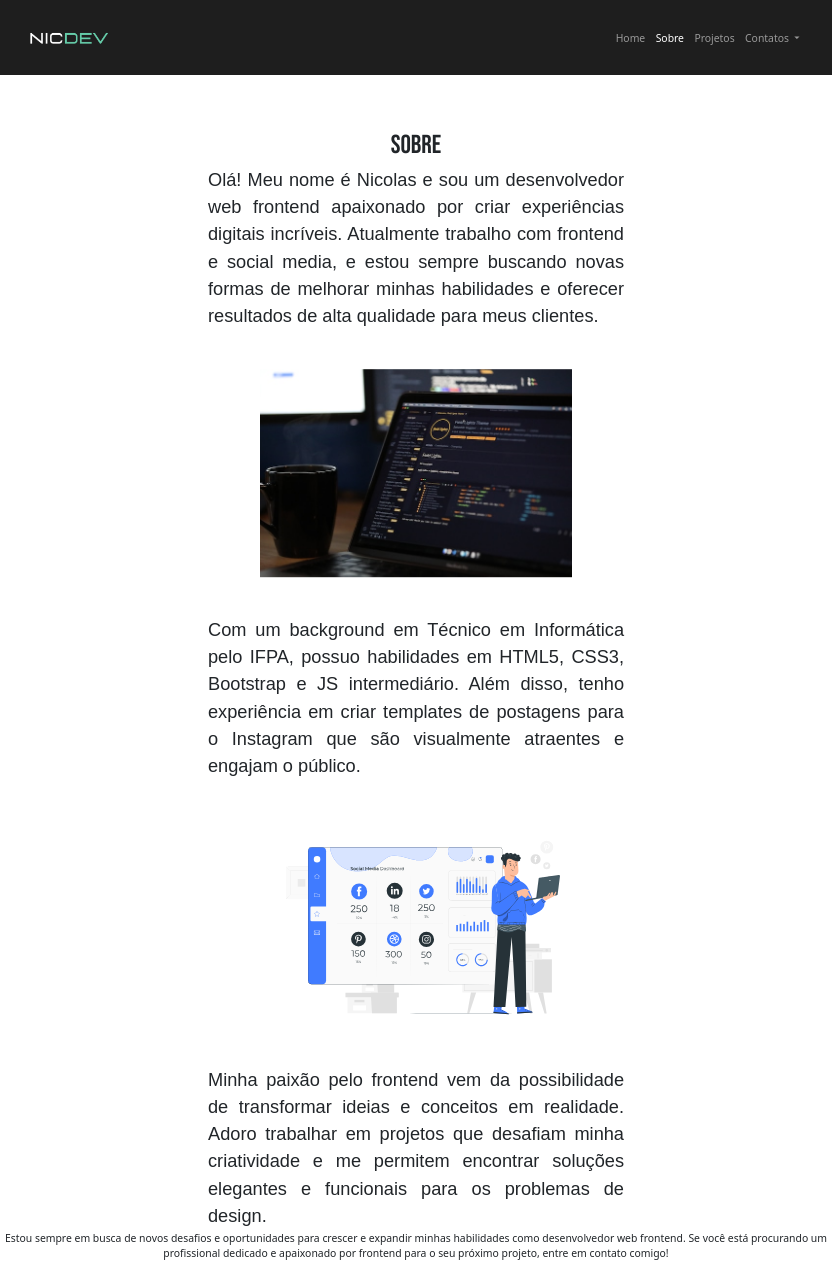
Repository: Leonngc/nicdev
Page: about.html
An editor plug-in stored every save of this project. The page is shown before and after the next save, followed by the edit.
The browser window is 1280 px wide. The pictures show the whole page, at 65% of full size.
Some web libraries are served in a nearby version.

Above is the page before, as saved 2023-04-15 17:47:02.

### about.html
<html lang="pt-br">
<head>
    <meta charset="UTF-8">
    <meta http-equiv="X-UA-Compatible" content="IE=edge">
    <meta name="viewport" content="width=device-width, initial-scale=1.0">
    <title>nicdev - Sobre</title>
    <link href="https://cdn.jsdelivr.net/npm/bootstrap@5.0.2/dist/css/bootstrap.min.css" rel="stylesheet" integrity="sha384-EVSTQN3/azprG1Anm3QDgpJLIm9Nao0Yz1ztcQTwFspd3yD65VohhpuuCOmLASjC" crossorigin="anonymous">
    <link rel="stylesheet" href="styles/scrollbar.css">
    <link rel="stylesheet" href="styles/about.css">
</head>
<body>

<header style="background-color: #1e1e1e; padding: 30px;" class="fixed-top">

        <nav class="navbar navbar-expand-lg navbar-dark">
            <div class="container-fluid">
              <a class="navbar-brand" href="index.html"><img src="images/nicdev-logo.png" alt="logo da NicDev" style="width: 130px"></a>
              <button class="navbar-toggler" type="button" data-bs-toggle="collapse" data-bs-target="#navbarNavDropdown" aria-controls="navbarNavDropdown" aria-expanded="false" aria-label="Toggle navigation">
                <span class="navbar-toggler-icon"></span>
              </button>
              <div class="collapse navbar-collapse justify-content-end" id="navbarNavDropdown">
                <ul class="navbar-nav ">
                  <li class="nav-item">
                    <a class="nav-link" href="index.html" target="_parent">Home</a>
                  </li>
                  <li class="nav-item">
                    <a class="nav-link active disabled" href="#">Sobre</a>
                  </li>
                  <li class="nav-item">
                    <a class="nav-link" href="projects.html" target="_parent">Projetos</a>
                  </li>

                  <li class="nav-item dropdown">
                    <a class="nav-link dropdown-toggle" href="#" id="navbarDropdownMenuLink" role="button" data-bs-toggle="dropdown" aria-expanded="false">
                      Contatos
                    </a>
                    <ul class="dropdown-menu" aria-labelledby="navbarDropdownMenuLink">
                      <li><a class="dropdown-item" href="#">WhatsApp <img src="images/whatsapp.png" alt="" class="redes-logo"></a></li>
                      <li><a class="dropdown-item" href="#">Email <img src="images/gmail (1).png" alt="" class="redes-logo"></a></li>
                      <li><a class="dropdown-item" href="#">Linkedin <img src="images/linkedin.png" alt="" class="redes-logo"></a></li>
                    </ul>
                  </li>
                </ul>
              </div>
            </div>
          </nav>
</header>


<main>

<h2>Sobre</h2>
<p>Olá! Meu nome é Nicolas e sou um desenvolvedor web frontend apaixonado por criar experiências digitais incríveis. Atualmente trabalho com frontend e social media, e estou sempre buscando novas formas de melhorar minhas habilidades e oferecer resultados de alta qualidade para meus clientes.</p>
<img src="images/desktopcode.jpg" alt="" class="main-img">

<p>Com um background em Técnico em Informática pelo IFPA, possuo habilidades em HTML5, CSS3, Bootstrap e JS intermediário. Além disso, tenho experiência em criar templates de postagens para o Instagram que são visualmente atraentes e engajam o público.</p>
<img src="images/Social Dashboard-pana.svg" alt="" class="main-img">
<p>Minha paixão pelo frontend vem da possibilidade de transformar ideias e conceitos em realidade. Adoro trabalhar em projetos que desafiam minha criatividade e me permitem encontrar soluções elegantes e funcionais para os problemas de design.</p>

Estou sempre em busca de novos desafios e oportunidades para crescer e expandir minhas habilidades como desenvolvedor web frontend. Se você está procurando um profissional dedicado e apaixonado por frontend para o seu próximo projeto, entre em contato comigo!
</main>

    <script src="https://cdn.jsdelivr.net/npm/bootstrap@5.0.2/dist/js/bootstrap.bundle.min.js" integrity="sha384-MrcW6ZMFYlzcLA8Nl+NtUVF0sA7MsXsP1UyJoMp4YLEuNSfAP+JcXn/tWtIaxVXM" crossorigin="anonymous"></script>
</body>
</html>

### styles/scrollbar.css
body{
    overflow-x: hidden;
}
body::-webkit-scrollbar {
    width: 6px;               /* width of the entire scrollbar */
  }

  body::-webkit-scrollbar-track {
    background: rgb(5, 5, 5);        /* color of the tracking area */
  }

  body::-webkit-scrollbar-thumb {
    background-color: #4BC6B9;    /* color of the scroll thumb */
    border-radius: 20px;       /* roundness of the scroll thumb */
  }

  .redes-logo{
    width: 30px;
    padding: 6px;
  }

### styles/about.css
@import url('https://fonts.googleapis.com/css2?family=Bebas+Neue&display=swap'); /* CDN GOOGLE  FONT */
@import url('https://cdn-uicons.flaticon.com/uicons-solid-straight/css/uicons-solid-straight.css'); /* CDN ICON*/
@font-face {
    font-family: Lastica;
    src: url(../fonts/instrg.ttf)
}

*{
    max-width: 100vw;
}

:root{
 --bebas-neue : 'Bebas Neue', cursive;
}

main{
    margin-top: 200px;
}

body{
    max-width: 100vw;
    overflow-x: hidden;
}

main{
    text-align: center;
    margin-top: 200px;
}

h2{
    font-family: var(--bebas-neue), sans-serif;
    font-size: 40px;

}

p{
    width: 50vw;
    font-size: 28px;
    margin: auto;
    font-family: sans-serif;
    text-align: justify;
}

.main-img{
    padding: 60px;
    width: 600px;
}

After the next save:
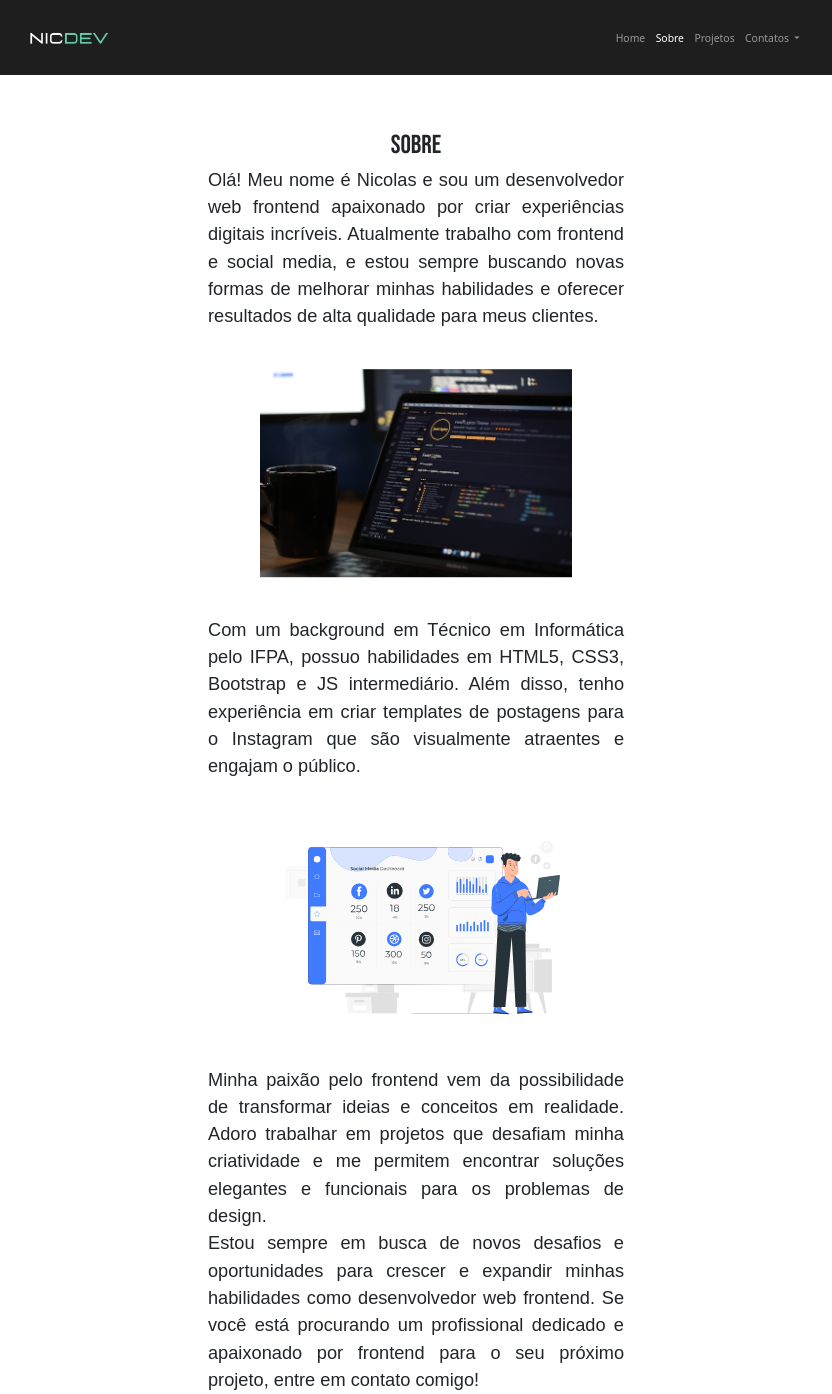
Saved 32 s later.
--- a/about.html
+++ b/about.html
@@ -57,7 +57,7 @@
 <img src="images/Social Dashboard-pana.svg" alt="" class="main-img">
 <p>Minha paixão pelo frontend vem da possibilidade de transformar ideias e conceitos em realidade. Adoro trabalhar em projetos que desafiam minha criatividade e me permitem encontrar soluções elegantes e funcionais para os problemas de design.</p>
 
-Estou sempre em busca de novos desafios e oportunidades para crescer e expandir minhas habilidades como desenvolvedor web frontend. Se você está procurando um profissional dedicado e apaixonado por frontend para o seu próximo projeto, entre em contato comigo!
+<p>Estou sempre em busca de novos desafios e oportunidades para crescer e expandir minhas habilidades como desenvolvedor web frontend. Se você está procurando um profissional dedicado e apaixonado por frontend para o seu próximo projeto, entre em contato comigo!</p>
 </main>
 
     <script src="https://cdn.jsdelivr.net/npm/bootstrap@5.0.2/dist/js/bootstrap.bundle.min.js" integrity="sha384-MrcW6ZMFYlzcLA8Nl+NtUVF0sA7MsXsP1UyJoMp4YLEuNSfAP+JcXn/tWtIaxVXM" crossorigin="anonymous"></script>
